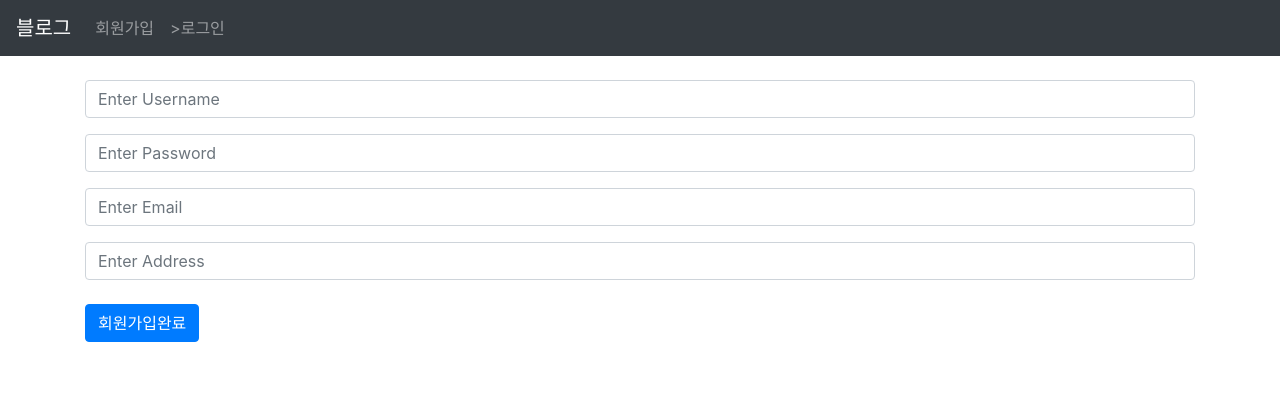
Repository: oshLunch/blog
Page: http://localhost/blog/user/joinForm.jsp
An editor plug-in stored every save of this project. The page is shown before and after the next save, followed by the edit.
The browser window is 1280 px wide. The pictures show the whole page.
The page is served by Tomcat 9. Nobody is signed in. The application's start-up code is not run. Other server files are loaded and not shown.

Above is the page before, as saved 2021-01-04 05:33:10.

### blog/WebContent/user/joinForm.jsp
<%@ page language="java" contentType="text/html; charset=UTF-8"
    pageEncoding="UTF-8"%>
<%@ include file="../layout/header.jsp"%>

<div class="container">
	<form action="/blog/user?cmd=join" method = "post">
		<div class="form-group">
			<input type="text" name="username" class="form-control" placeholder="Enter Username" required/>
		</div>

		<div class="form-group">
			<input type="password" name="password" class="form-control" placeholder="Enter Password" required/>
		</div>

		<div class="form-group">
			<input type="email" name="email" class="form-control" placeholder="Enter Email" required/>
		</div>

		<input type="text" name="address" class="form-control" placeholder="Enter Address" required/>
		<br/>
		<button type="submit" class="btn btn-primary">회원가입완료</button>
	</form>
</div>
</body>
</html>

### blog/WebContent/layout/header.jsp
<%@ page language="java" contentType="text/html; charset=UTF-8"
    pageEncoding="UTF-8"%>
<!DOCTYPE html>
<html lang="en">
<head>
  <title>Cos 블로그</title>
  <meta charset="utf-8">
  <meta name="viewport" content="width=device-width, initial-scale=1">
  <link rel="stylesheet" href="https://maxcdn.bootstrapcdn.com/bootstrap/4.5.2/css/bootstrap.min.css">
  <script src="https://ajax.googleapis.com/ajax/libs/jquery/3.5.1/jquery.min.js"></script>
  <script src="https://cdnjs.cloudflare.com/ajax/libs/popper.js/1.16.0/umd/popper.min.js"></script>
  <script src="https://maxcdn.bootstrapcdn.com/bootstrap/4.5.2/js/bootstrap.min.js"></script>
</head>
<body>

<nav class="navbar navbar-expand-md bg-dark navbar-dark">
  <a class="navbar-brand" href="#">블로그</a>
  <button class="navbar-toggler" type="button" data-toggle="collapse" data-target="#collapsibleNavbar">
    <span class="navbar-toggler-icon"></span>
  </button>
  <div class="collapse navbar-collapse" id="collapsibleNavbar">
    <ul class="navbar-nav">
      <li class="nav-item">
        <a class="nav-link" href="<%=request.getContextPath() %>/user?cmd=joinForm">회원가입</a>
      </li>
      <li class="nav-item">
        <a class="nav-link" href="<%=request.getContextPath() %>/user?cmd=loginForm">>로그인</a>
      </li>
    </ul>
  </div>
</nav>
<br>

After the next save:
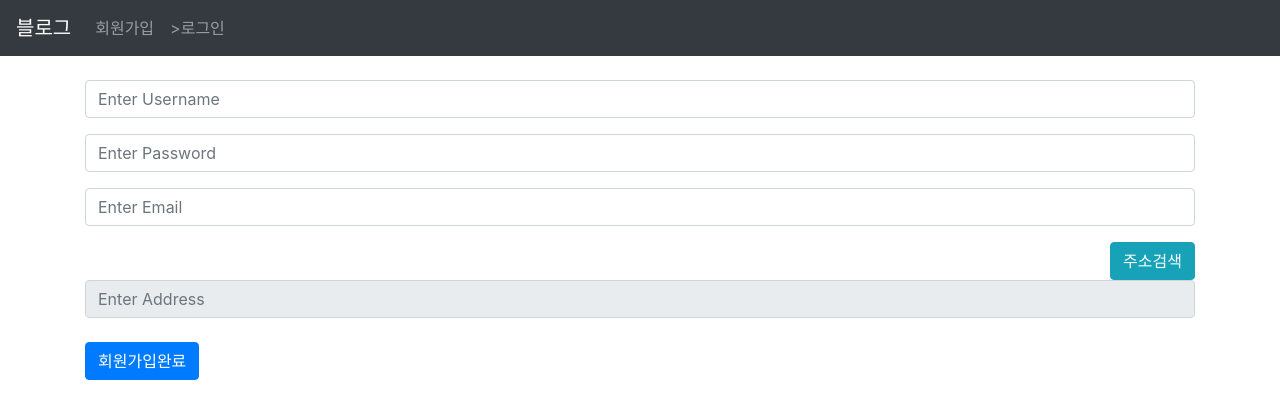
Saved 7 min 25 s later.
--- a/blog/WebContent/user/joinForm.jsp
+++ b/blog/WebContent/user/joinForm.jsp
@@ -16,10 +16,26 @@
 			<input type="email" name="email" class="form-control" placeholder="Enter Email" required/>
 		</div>
 
-		<input type="text" name="address" class="form-control" placeholder="Enter Address" required/>
+		<div class="d-flex justify-content-end">
+			<button type="button" class="btn btn-info" onclick="goPopup();">주소검색</button>
+		</div>
+		<input type="text" name="address" id="address" class="form-control" placeholder="Enter Address" required readonly/>
 		<br/>
 		<button type="submit" class="btn btn-primary">회원가입완료</button>
 	</form>
 </div>
+<script>
+	function goPopup() {
+		// 주소검색을 수행할 팝업 페이지를 호출합니다.
+		// 호출된 페이지(jusopopup.jsp)에서 실제 주소검색URL(https://www.juso.go.kr/addrlink/addrLinkUrl.do)를 호출하게 됩니다.
+		var pop = window.open("/blog/user/jusoPopup.jsp", "pop",
+				"width=570,height=420, scrollbars=yes, resizable=yes");
+	}
+
+	function jusoCallBack(roadFullAddr) {
+		var addressEl = document.querySelector("#address");
+		addressEl.value = roadFullAddr;
+	}
+</script>
 </body>
 </html>
